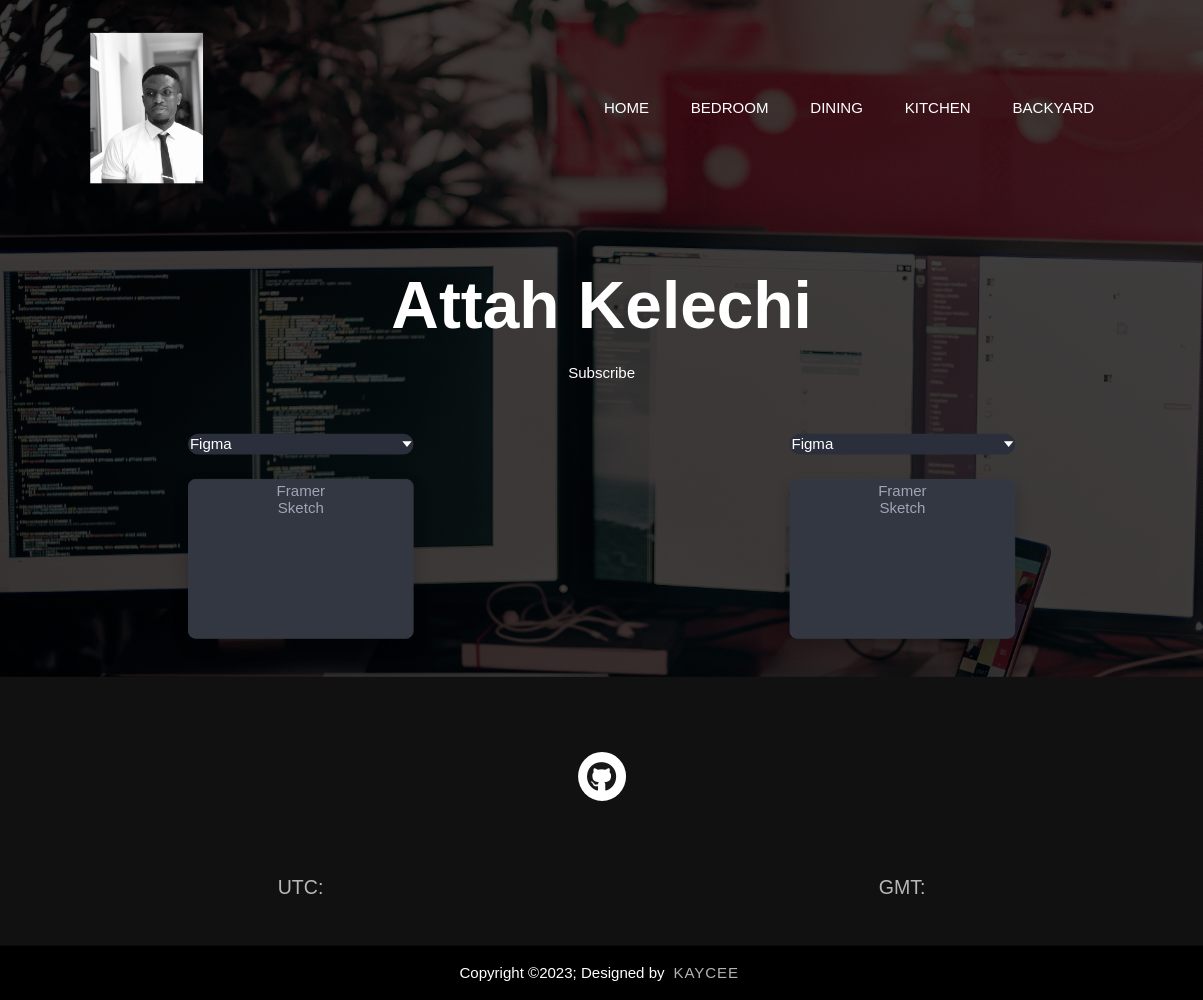
Repository: Kaycee-attah/HNG-Internship_2023
Page: index.html
The author's editor kept a copy of each file at every save. The page is drawn from the files as they stood at one save, then again after the next save.
The browser window is 1280 px wide. The pictures show the whole page, at 94% of full size.

Above is the page before, as saved 2023-09-07 09:58:20.

### index.html
<!DOCTYPE html>
<html lang="en">
<head>
    <meta charset="UTF-8">
    <meta name="viewport" content="width=device-width, initial-scale=1.0">
    <title>How to make a website - Easy tutorial</title>
    <link rel="stylesheet" href="style.css">
    <link rel="stylesheet" href="https://cdnjs.cloudflare.com/ajax/libs/font-awesome/6.4.2/css/all.min.css" integrity="sha512-z3gLpd7yknf1YoNbCzqRKc4qyor8gaKU1qmn+CShxbuBusANI9QpRohGBreCFkKxLhei6S9CQXFEbbKuqLg0DA==" crossorigin="anonymous" referrerpolicy="no-referrer" />
</head>
<body>
    <div class="banner">
        <div class="navbar">
            <img class="logo" src="slack_DP.JPG" alt="Kaycee" data-testid="slackDisplayImage">
            <ul>
                <li><a href="#">Home</a></li>
                <li><a href="#">Bedroom</a></li>
                <li><a href="#">Dining</a></li>
                <li><a href="#">Kitchen</a></li>
                <li><a href="#">Backyard</a></li>
            </ul>
        </div>
    </div>
    <div class="content">
        <h1 data-testid="slackUserName">Attah Kelechi</h1>
        <p>Subscribe</p>
        <div class="track_info">
            <div class="dropdown">
                <div class="select">
                    <span class="selected">Figma</span>
                    <div class="caret"></div>
                </div>
                <ul class="menu">
                    <li>Framer </li>
                    <li>Sketch </li>
                </ul>

                <!-- <button type="button"><span class="btn"></span> MORE</button>
                <button type="button"><span class="btn"></span>SUBSCRIBE</button> -->
            </div>
            <div class="dropdown">
                <div class="select">
                    <span class="selected">Figma</span>
                    <div class="caret"></div>
                </div>
                <ul class="menu">
                    <li>Framer </li>
                    <li>Sketch </li>
                </ul>

                <!-- <button type="button"><span class="btn"></span> MORE</button>
                <button type="button"><span class="btn"></span>SUBSCRIBE</button> -->
            </div>
        </div>


    </div>
    <footer>
        <div class="footer_Container">
            <div class="social-icon">
                <a href=""><i class="fa-brands fa-github"></i></a>
            </div>

        </div>
        <div class="footer_Info">
            <ul>
                <li>UTC: </li>
                <li>GMT: </li>
            </ul>
        </div>
        <div class="footer_Bottom">
            <p>Copyright &copy;2023; Designed by <span class="designer">Kaycee</span></p>
        </div>
    </footer>

    <script src="script.js"></script>
</body>

</html>

### style.css
*{
    margin: 0;
    padding: 0;
    font-family: sans-serif;

}
body{
    background-image: linear-gradient(rgba(0,0,0,0.75), rgba(0,0,0,0.75)), url(IMG_6759.JPG);
    background-size: cover;
    background-position: center;
}

.banner{
    width: 100%;
    height: 100vh;


}
.navbar{
    width: 85%;
    margin: auto;
    padding: 35px 0;
    display: flex;
    align-items: center;
    justify-content: space-between;
}
.logo{
    width: 120px;
    cursor: pointer;
}
.navbar ul li{
    list-style: none;
    display: inline-block;
    margin: 0 20px;
    position: relative;
}
.navbar ul li a{
    text-decoration: none;
    color: #fff;
    text-transform: uppercase;
}
.navbar ul li::after{
    content: "";
    height: 3px;
    width: 0;
    background: #009688;
    position: absolute;
    left: 0;
    bottom: -10px;
    transition: 0.5s;
}
.navbar ul li:hover::after{
    width: 100%;
}
.content{
    width: 100%;
    position: absolute;
    top: 50%;
    transform: translateY(-50%);
    text-align: center;
    color: #fff;
}
.content h1{
    font-size: 70px;
    margin-top: 80px;
}
.content p{
    margin: 20px auto;
    font-weight: 100;
    line-height: 25px;
}
.track_info {
    display: flex;
    justify-content: space-around;
    align-items: center;
}
.dropdown{
    min-width: 15em;
    position: relative;
    margin: 2em;
    /* display: flex;
    justify-content: space-between;
    align-items: center; */

}
.dropdown *{
    box-sizing: border-box;
}

.select{
    background: #2a2f3b;
    color: #fff;
    display: flex;
    justify-content: space-between;
    align-items: center;
    border: 2px #2a2f3b solid;
    border-radius: 1em;
    cursor: pointer;
    transition: background 0.3s;
}
.select-clicked{
    border: 2px #26489a solid;
    box-shadow: 0 0 0.8em #26489a;
}

.select:hover{
    background: #323741;
}

.caret{
    width: 0;
    height: 0;
    border-left: 5px solid transparent;
    border-right: 5px solid transparent;
    border-top: 6px solid #fff;
    transition: 0.3s;
}

.caret-rotate{
    transform: rotate(180deg);
}

.menu{
    list-style: none;
    padding: 0.2em 0.5em;
    background: #323741;
    border: 1px #363a43 solid;
    box-shadow: 0 0.5em 1em rgba(0, 0, 0, 0.2);
    border-radius: 0.5em;
    color: #9fa5b5;
    position: absolute;
    width: 100%;
    top: 3em;
    min-height: 170px;
    left: 50%;
    transform: translateX(-50%);
}


button{
    width: 200px;
    padding: 15px 0;
    text-align: center;
    margin: 20px 10px;
    border-radius: 25px;
    font-weight: bold;
    border: 2px solid #009688;
    background: transparent;
    color: #fff;
    cursor: pointer;
    position: relative;
    overflow: hidden;
}
.btn{
    background: #009688;
    height: 100%;
    width: 0;
    border-radius: 25px;
    position: absolute;
    left: 0;
    bottom: 0;
    z-index: -1;
    transition: 0.5s;
}
button:hover span{
    width: 100%;
}
footer{
    background-color: #111;
    width: 100%;
}
.footer_Container{
    /* width: 100%; */
    padding: 70px 30px 20px;
}
.social-icon{
    display: flex;
    justify-content: center;
}
.social-icon a{
    text-decoration: none;
    padding: 10px;
    background-color: white;
    margin: 10px;
    border-radius: 50%;
}
.social-icon a i{
    font-size: 2em;
    color: black;
    opacity: 0.9;
}


.social-icon a:hover{
    background-color: #111;
    transition: 0.5s;
}
.social-icon a:hover i{
    background-color: white;
    transition: 0.5s;
}
.footer_Info{
    margin: 30px 0;
}
.footer_Info ul{
    display: flex;
    justify-content: space-around;
}
.footer_Info ul li{
    color: white;
    margin: 20px;
    text-decoration: none;
    list-style: none;
    font-size: 1.3em;
    opacity: 0.7;
    transition: 0.5s;
}

.footer_Bottom {
    background-color: #000;
    padding: 20px;
    text-align: center;
}
.footer_Bottom p{
    color: white;

}
.designer{
    opacity: 0.7;
    text-transform: uppercase;
    letter-spacing: 1px;
    font-weight: 400;
    margin: 0px 5px;
    /* position: fixed; */
}

@media (max-width: 700px){
    .footer_Info ul{
        flex-direction: column;
    }
    .footer_Info ul li{
        width: 100%;
        text-align: center;
        margin: 10px 0;
    }
}

### script.js
const now = new Date();
const day = now.getDay();
const hours = now.getHours();
const minutes = now.getMinutes();
const UTCtimeStamp = now.getTime();
const GMTdate_and_time = now.toUTCString();
const daysOfWeek = [
    "Sunday",
    "Monday",
    "Tuesday",
    "Wednesday",
    "Thursday",
    "Friday",
    "Saturday"
]
const today = daysOfWeek[day];
const UTC = now.getUTCMilliseconds();
console.log("Current day of the week:", today)
console.log("UTC:", UTC)

console.log("UTCtimeStamp:", UTCtimeStamp)
console.log("GMTdate_and_time:", GMTdate_and_time)

After the next save:
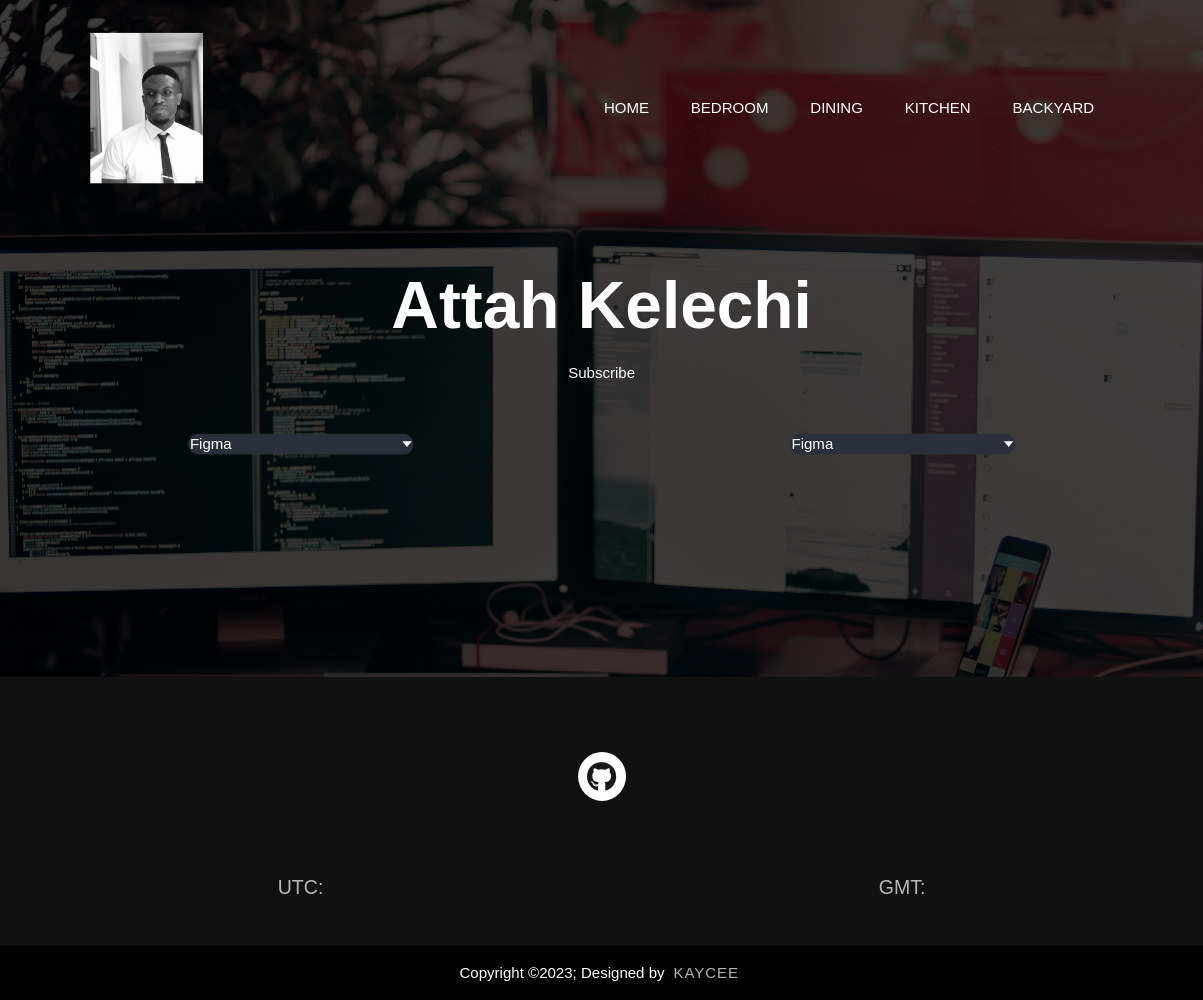
Saved 75 s later.
--- a/style.css
+++ b/style.css
@@ -134,6 +134,10 @@ body{
     min-height: 170px;
     left: 50%;
     transform: translateX(-50%);
+    opacity: 0;
+    display: none;
+    transition: 0.2s;
+    z-index: 1;
 }
 
 
